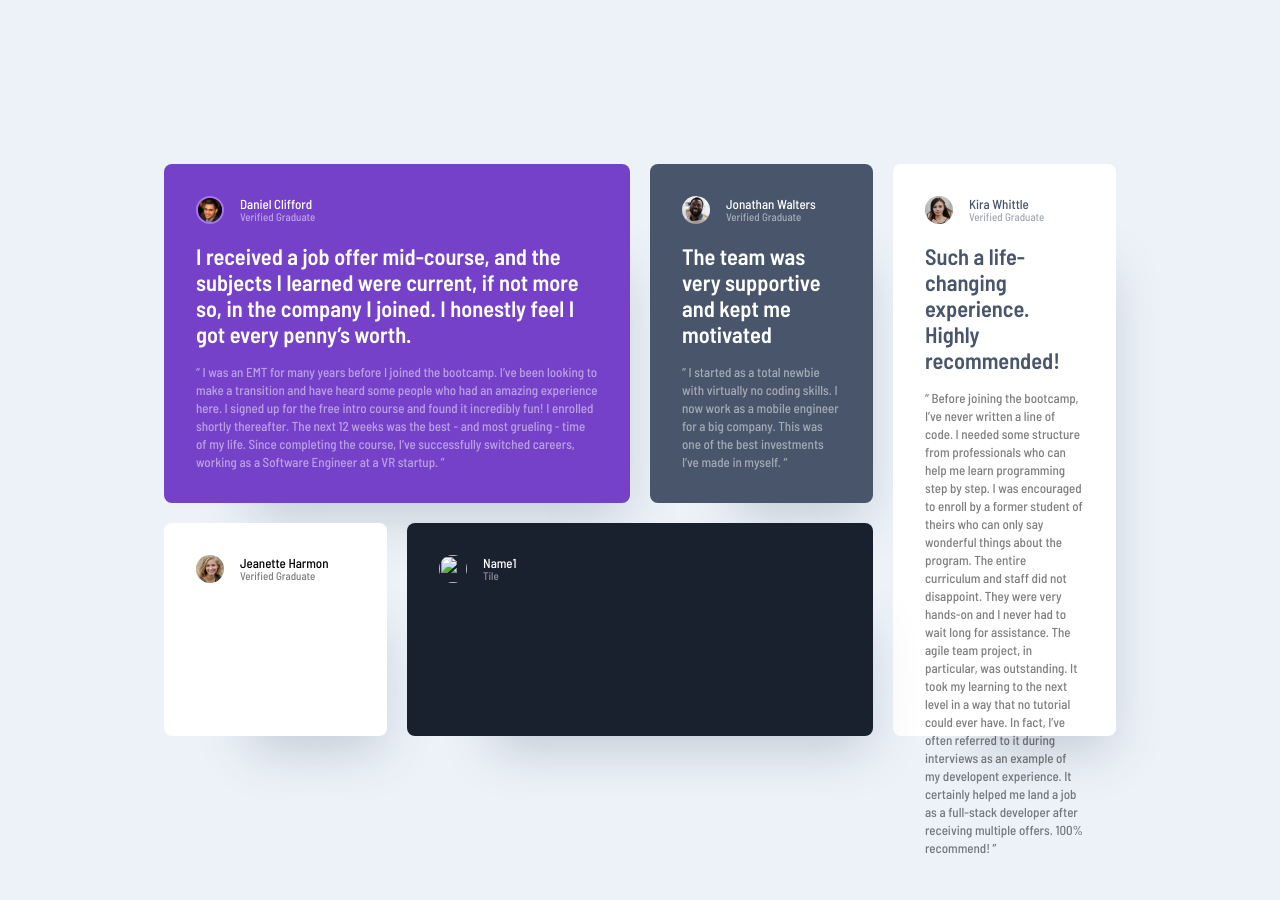
Repository: brandontaylor1/testimonial-card
Page: index.html
The author's editor kept a copy of each file at every save. The page is drawn from the files as they stood at one save, then again after the next save.
The browser window is 1280 px wide. The pictures show the whole page.

Above is the page before, as saved 2025-01-11 00:23:28.

After the next save:
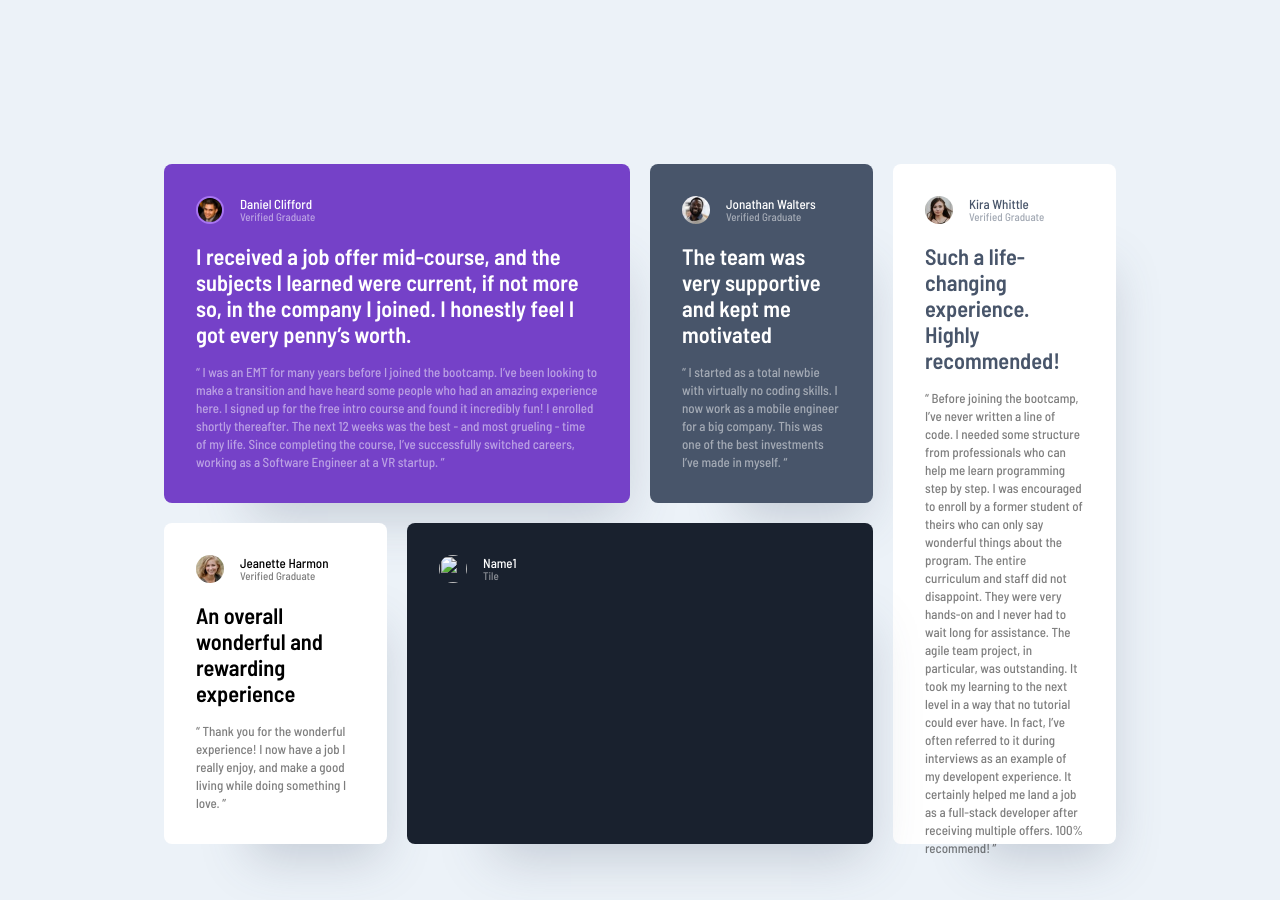
Saved 37 s later.
--- a/index.html
+++ b/index.html
@@ -53,8 +53,8 @@
                         <p>Verified Graduate</p>
                     </div>
                 </div>
-                <h1 class="card-heading"></h1>
-                <h2 class="card-subheading"></h2>
+                <h1 class="card-heading">An overall wonderful and rewarding experience</h1>
+                <h2 class="card-subheading">“ Thank you for the wonderful experience! I now have a job I really enjoy, and make a good living while doing something I love. ”</h2>
             </div>
             <div class="card" id="card-5">
                 <div class="profile-content">
